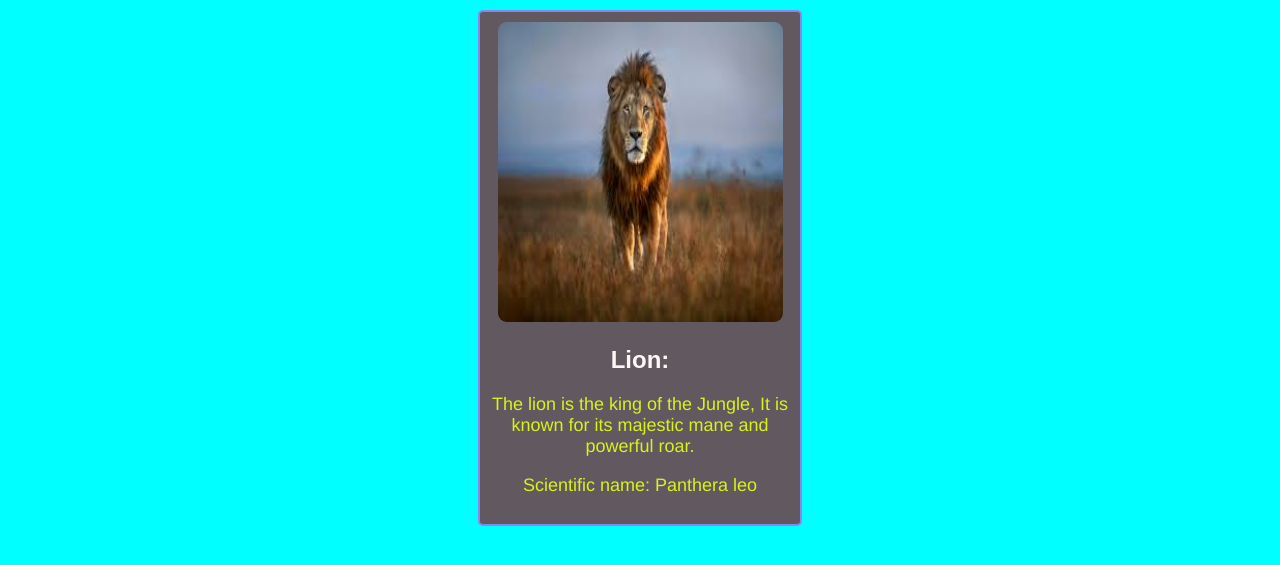
Repository: KingBoyMaylow/Animal-trading-card
Page: index.html
These files come from the project's save history. The page is drawn as it stood at one moment and after the next save; the edit follows.
The browser window is 1280 px wide. The pictures show the whole page.

Above is the page before, as saved 2024-05-13 22:24:07.

### index.html
<!DOCTYPE html>
<html lang="en">
<head>
    <meta charset="UTF-8">
    <meta name="viewport" content="width=device-width, initial-scale=1.0">
    <title>Document</title>
</head>
<body>
    <style>
    body {
        font-family: Arial, sans-serif;
        text-align: center;
        background-color: aqua;
    }
    .card {
        width: 300px;
        border: 2px solid #8a83f1;
        border-radius: 5px;
        margin: 10px auto;
        padding: 10px;
        background-color: #625960;
    }
    .card img {
        width: 95%;
        border-radius: 3%;
        height: 300px;
    }
    .card h2 {
        color: #fcf7f7;
    }
    .card p {
        color: #d9f21a;
        font-size: large;
        font-family: 'Franklin Gothic Medium', 'Arial Narrow', Arial, sans-serif;
    }
</style>
</head>
<body>
    <div class="card">
        <img src="lion.jpeg" alt="Lion">
        <h2>Lion:</h2>
        <p>The lion is the king of the Jungle, It is known for its majestic mane and powerful roar.</p>
        <p>Scientific name: Panthera leo</p>
    </div>
</body>
</html>

After the next save:
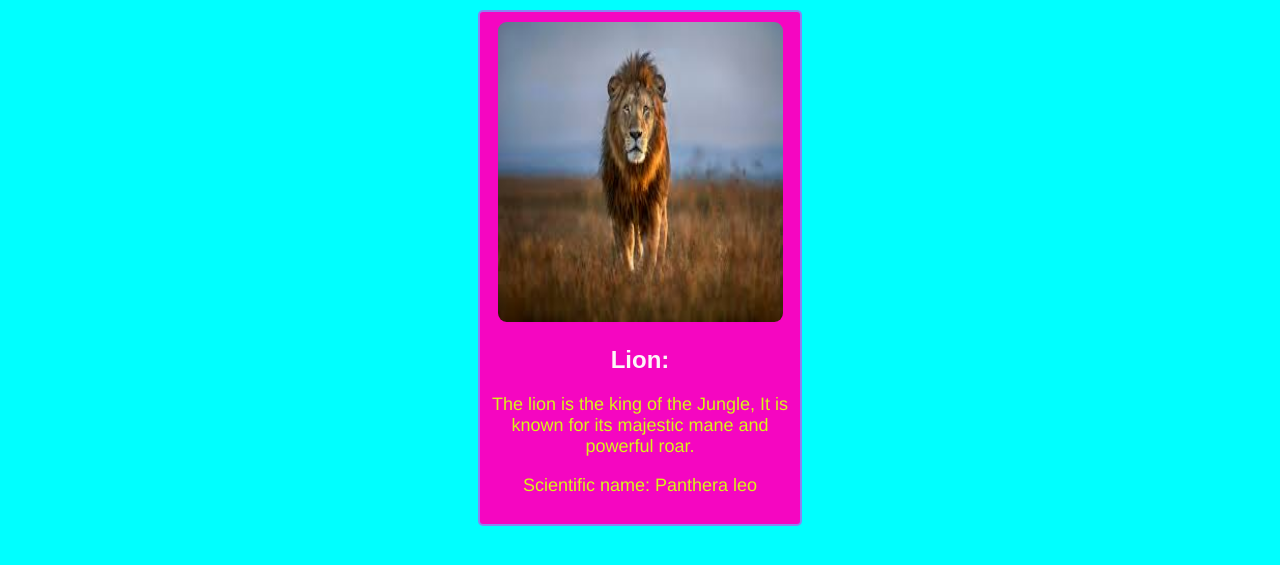
Saved 31 s later.
--- a/index.html
+++ b/index.html
@@ -18,7 +18,7 @@
         border-radius: 5px;
         margin: 10px auto;
         padding: 10px;
-        background-color: #625960;
+        background-color: #f506c1;
     }
     .card img {
         width: 95%;
